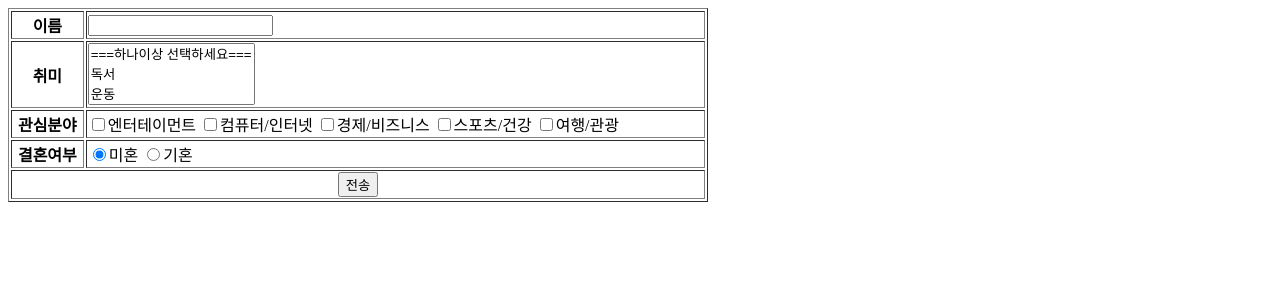
Repository: jeong3/Real_Time_Date
Page: http://localhost/jspRequest/getMethod1.jsp
These files come from the project's save history. The page is drawn as it stood at one moment and after the next save; the edit follows.
The browser window is 1280 px wide. The pictures show the whole page.
The page is served by Tomcat 9.

Above is the page before, as saved 2024-08-30 06:23:02.

After the next save:
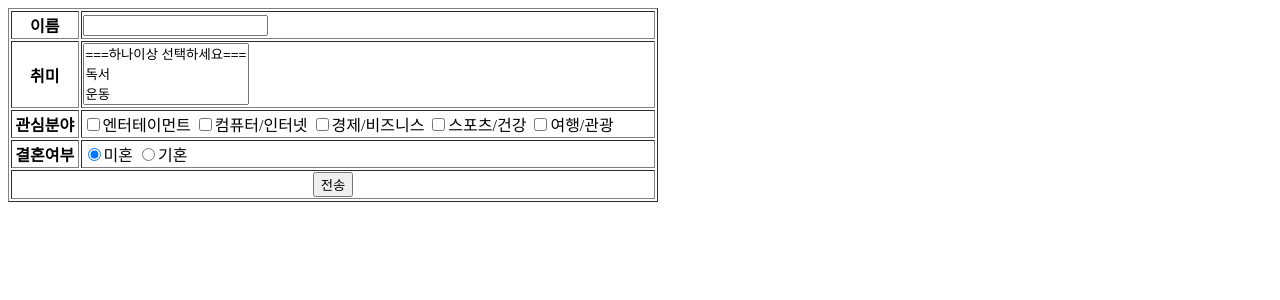
Saved 22 s later.
--- a/eclipse/eclipse-workspace/jspRequest/src/main/webapp/getMethod1.jsp
+++ b/eclipse/eclipse-workspace/jspRequest/src/main/webapp/getMethod1.jsp
@@ -8,7 +8,7 @@
 </head>
 <body>
 	<form action="requestValues.jsp" method="get">
-		<table border="1" width="700px">
+		<table border="1" width="650px">
 			<tr>
 				<th>이름</th>
 				<td><input type="text" name="userName" /></td>
